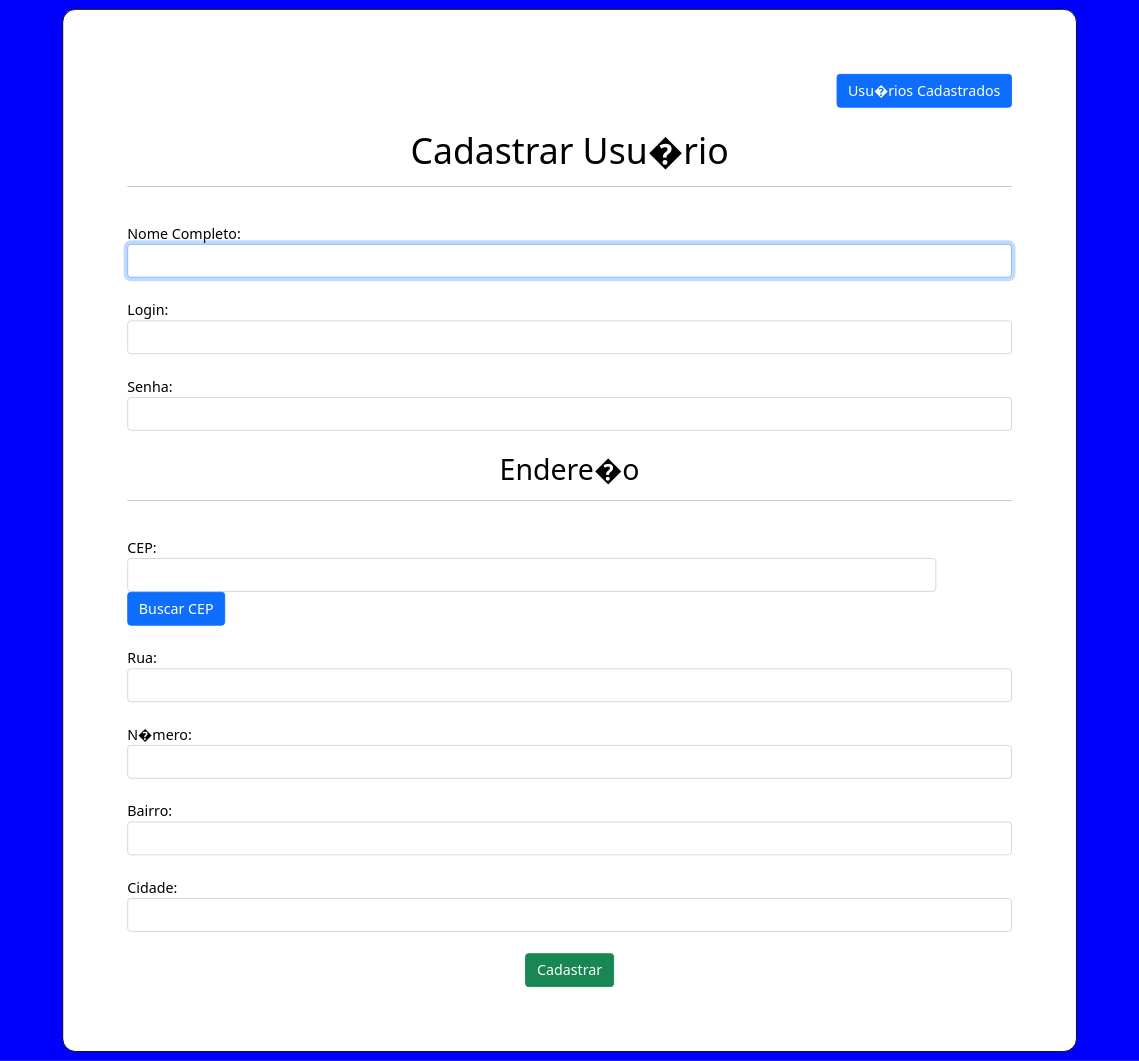
Repository: Magicianred/spring-mvc
Page: http://localhost/index
These files come from the project's save history. The page is drawn as it stood at one moment and after the next save; the edit follows.
The browser window is 1280 px wide. The pictures show the whole page, at 89% of full size.
The page is this project's Thymeleaf template; nobody is signed in. The template is opened directly, without the code that normally fills it, so the values that code supplies are empty.

Above is the page before, as saved 2021-01-13 02:36:32.

### springmvc/src/main/resources/templates/index.html
<!DOCTYPE html>
<html xmlns="http://www.w3.org/1999/xhtml"
xmlns:th="http://www.thymeleaf.org"
xmlns:layout="http://www.ultraq.net.nz/thymeleaf/layout">

<head>
	<link th:href="@{/css/bootstrap.min.css}" rel="stylesheet"/>
	<link th:href="@{/css/estilo.css}" rel="stylesheet"/>
	<meta charset="ISO-8859-1">
	<title>CRUD MVC</title>
</head>
<body>
	<div id="formulario">
		<div align="right">
			<a th:href="@{/usuarios}"><button class="btn btn-primary" id="botao">Usuários Cadastrados</button></a>
		</div>
		<br />

		<h1 align="center">Cadastrar Usuário</h1>
		<hr><br/>

		<div class="form-group">
			<label>Nome Completo:</label> <br />
			<input class="form-control" type="text" name="nome" id="nome" autofocus />
		</div>
		<br />

		<div class="form-group">
			<label>Login:</label> <br />
			<input class="form-control" type="email" name="email" id="email" />
		</div>
		<br />

		<div class="form-group">
			<label>Senha:</label> <br />
			<input class="form-control" type="password" name="senha" id="senha" />
		</div>
		<br />

		<h2 align="center">Endereço</h2>
		<hr><br/>
		<div class="form-group row">
			<label>CEP:</label> <br />
			<div class="col-md-11"><input class="form-control" type="text" name="cep" id="cep" /></div>
			<div class="col-md-2"><button class="btn btn-primary" onclick="buscar()">Buscar CEP</button></div>
		</div>
		<br />

		<div class="form-group">
			<label>Rua:</label> <br />
			<input class="form-control" type="text" name="rua" id="rua" />
		</div>
		<br />

		<div class="form-group">
			<label>Número:</label> <br />
			<input class="form-control" type="text" name="numero" id="numero" />
		</div>
		<br />

		<div class="form-group">
			<label>Bairro:</label> <br />
			<input class="form-control" type="text" name="bairro" id="bairro" />
		</div>
		<br />

		<div class="form-group">
			<label>Cidade:</label> <br />
			<input class="form-control" type="text" name="cidade" id="cidade" />
		</div>
		<br />

		<div align="center">
			<button class="btn btn-success" onclick="cadastrar()" id="botao">Cadastrar</button>
		</div>

	</div>
</body>
</html>

### springmvc/src/main/resources/static/css/estilo.css
* {
	margin: 0;
	padding: 0;
}

body{
	background-color: blue;
	color: black;
	padding: 10px 70px 10px 70px;
}

#formulario{
	background-color: white;
	padding: 10vh;
	border-radius: 15px;
	border: 1px solid black;
}

thead{
	background-color: blue;
	color: white;
}

Loaded but not shown: springmvc/src/main/resources/static/css/bootstrap.min.css (library)

After the next save:
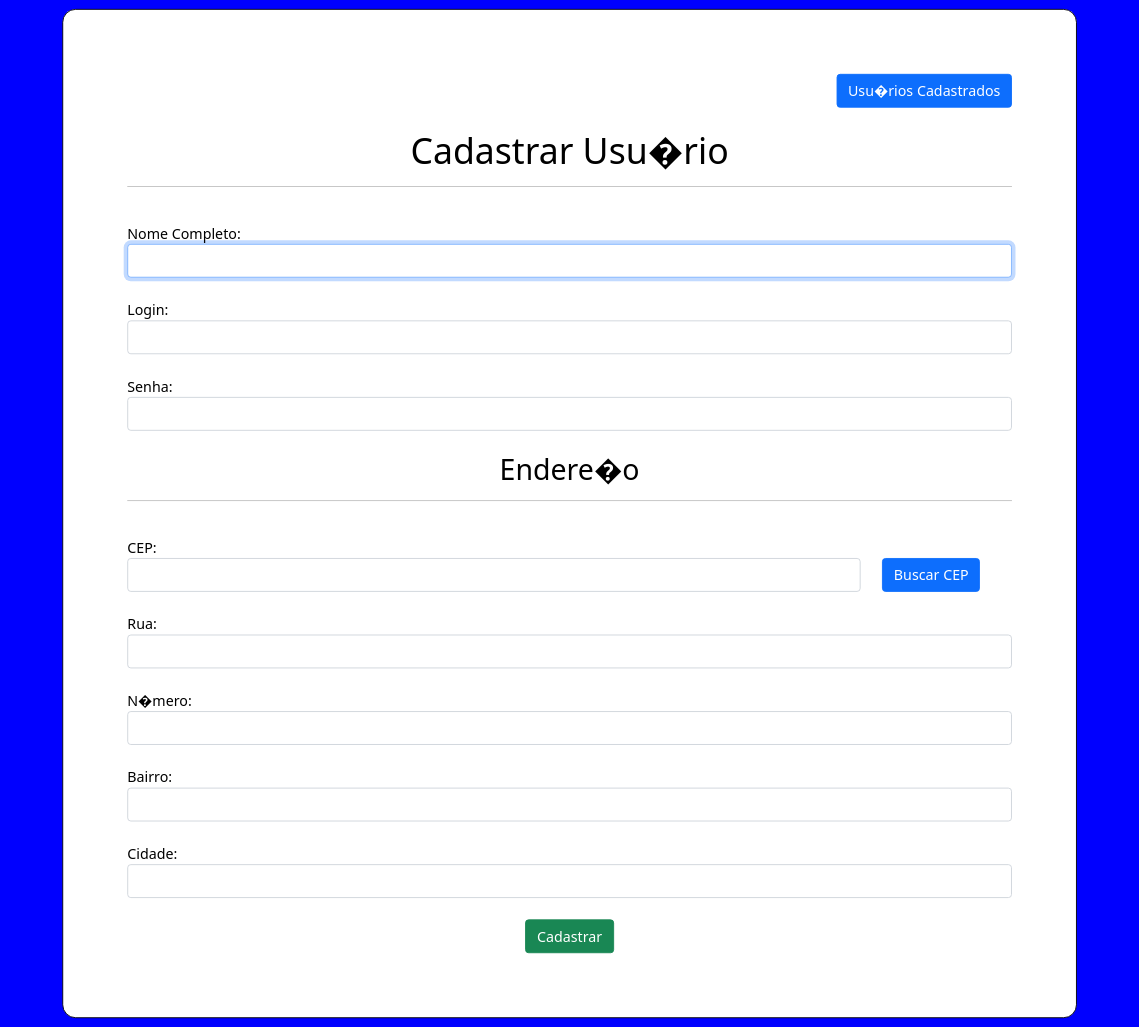
Saved 5 s later.
--- a/springmvc/src/main/resources/templates/index.html
+++ b/springmvc/src/main/resources/templates/index.html
@@ -41,7 +41,7 @@ xmlns:layout="http://www.ultraq.net.nz/thymeleaf/layout">
 		<hr><br/>
 		<div class="form-group row">
 			<label>CEP:</label> <br />
-			<div class="col-md-11"><input class="form-control" type="text" name="cep" id="cep" /></div>
+			<div class="col-md-10"><input class="form-control" type="text" name="cep" id="cep" /></div>
 			<div class="col-md-2"><button class="btn btn-primary" onclick="buscar()">Buscar CEP</button></div>
 		</div>
 		<br />
